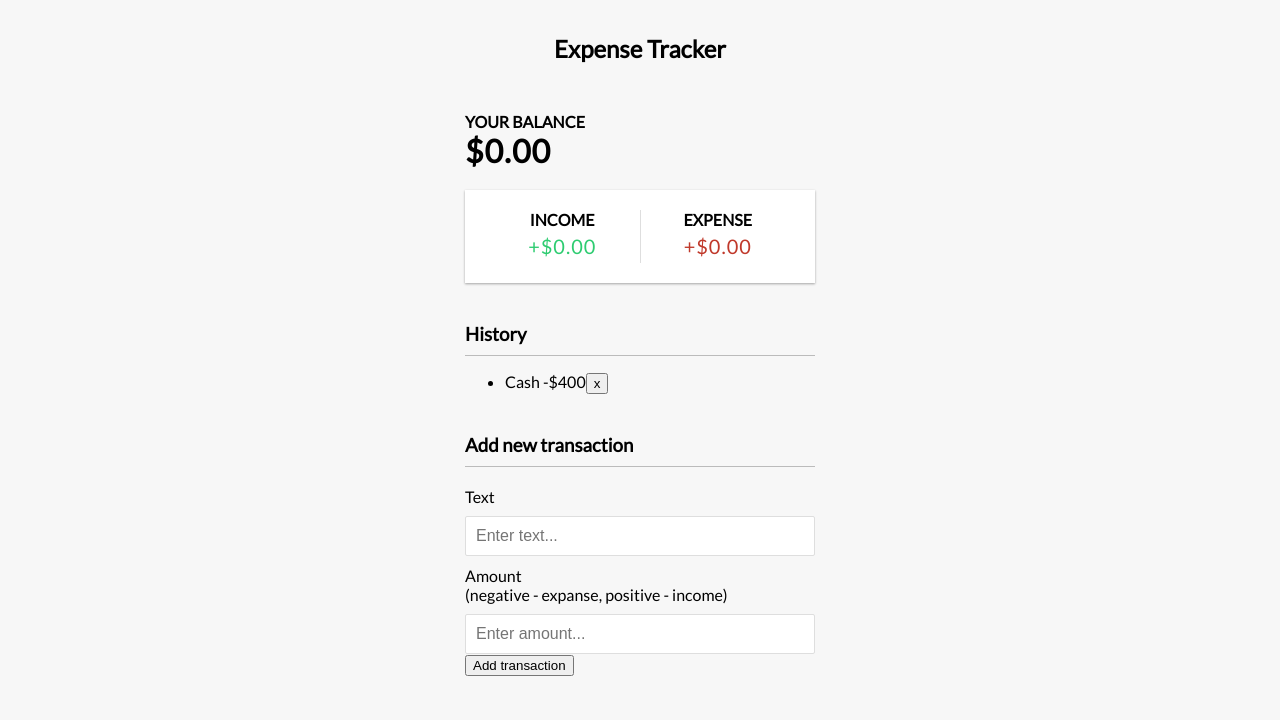
Repository: Youvelop/expenseTracker
Page: index.html
These files come from the project's save history. The page is drawn as it stood at one moment and after the next save; the edit follows.
The browser window is 1280 px wide. The pictures show the whole page.

Above is the page before, as saved 2020-06-30 12:55:01.

After the next save:
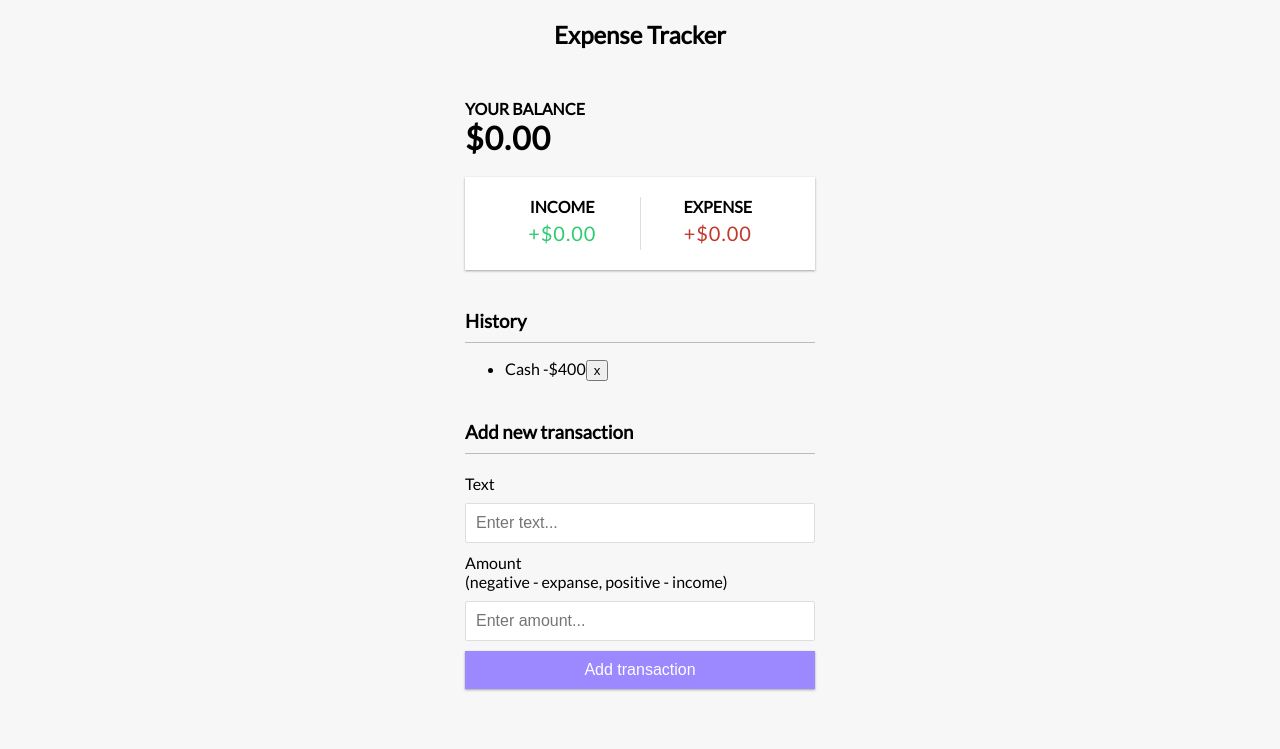
Saved 97 s later.
--- a/style.css
+++ b/style.css
@@ -84,3 +84,15 @@ input[type='number'] {
   padding: 10px;
   width: 100%;
 }
+
+.btn {
+  background-color: #9c88ff;
+  box-shadow: var(--box-shadow);
+  color: #fff;
+  border: 0;
+  display: block;
+  font-size: 16px;
+  margin: 10px 0 30px;
+  padding: 10px;
+  width: 100%;
+}
